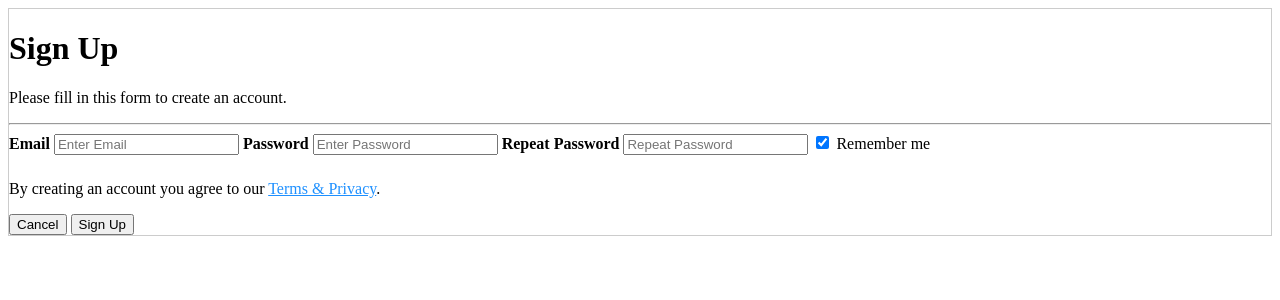
Repository: tansrh/CoreJava
Page: http://localhost/EcommerceWebApp/register
An editor plug-in stored every save of this project. The page is shown before and after the next save, followed by the edit.
The browser window is 1280 px wide. The pictures show the whole page.
The page is served by Tomcat 9. Other server files are loaded and not shown.

Above is the page before, as saved 2024-08-10 10:44:23.

### EcommerceWebApp/WebContent/WEB-INF/views/registerPage.jsp
<form action="register" method="post" style="border:1px solid #ccc">
  <div class="container">
    <h1>Sign Up</h1>
    <p>Please fill in this form to create an account.</p>
    <hr>

    <label for="email"><b>Email</b></label>
    <input type="text" placeholder="Enter Email" name="email" required>

    <label for="psw"><b>Password</b></label>
    <input type="password" placeholder="Enter Password" name="psw" required>

    <label for="psw-repeat"><b>Repeat Password</b></label>
    <input type="password" placeholder="Repeat Password" name="psw-repeat" required>

    <label>
      <input type="checkbox" checked="checked" name="remember" style="margin-bottom:15px"> Remember me
    </label>

    <p>By creating an account you agree to our <a href="#" style="color:dodgerblue">Terms & Privacy</a>.</p>

    <div class="clearfix">
      <button type="button" class="cancelbtn">Cancel</button>
      <button type="submit" class="signupbtn">Sign Up</button>
    </div>
  </div>
</form>

### EcommerceWebApp/src/com/wu/ecommerce/controllers/RegisterServlet.java
package com.wu.ecommerce.controllers;

import java.io.IOException;

import javax.servlet.RequestDispatcher;
import javax.servlet.ServletException;
import javax.servlet.annotation.WebServlet;
import javax.servlet.http.HttpServlet;
import javax.servlet.http.HttpServletRequest;
import javax.servlet.http.HttpServletResponse;

/**
 * Servlet implementation class RegisterServlet
 */
@WebServlet("/register")
public class RegisterServlet extends HttpServlet {
	private static final long serialVersionUID = 1L;

    /**
     * @see HttpServlet#HttpServlet()
     */
    public RegisterServlet() {
        super();
        // TODO Auto-generated constructor stub
    }

	/**
	 * @see HttpServlet#doGet(HttpServletRequest request, HttpServletResponse response)
	 */
	protected void doGet(HttpServletRequest request, HttpServletResponse response) throws ServletException, IOException {
		// TODO Auto-generated method stub
		//response.getWriter().append("Served at: ").append(request.getContextPath());
		RequestDispatcher dispatcher=request.getRequestDispatcher("/WEB-INF/views/registerPage.jsp");
	dispatcher.forward(request, response);
	}

	/**
	 * @see HttpServlet#doPost(HttpServletRequest request, HttpServletResponse response)
	 */
	protected void doPost(HttpServletRequest request, HttpServletResponse response) throws ServletException, IOException {
		// TODO Auto-generated method stub
	//	doGet(request, response);
		System.out.println("Hello from dopost");
	}

}

After the next save:
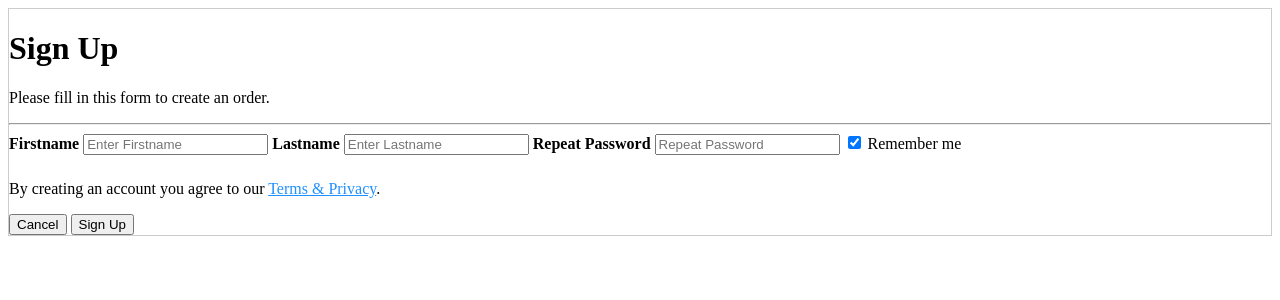
Saved 3 min 32 s later.
--- a/EcommerceWebApp/WebContent/WEB-INF/views/registerPage.jsp
+++ b/EcommerceWebApp/WebContent/WEB-INF/views/registerPage.jsp
@@ -1,14 +1,14 @@
 <form action="register" method="post" style="border:1px solid #ccc">
   <div class="container">
     <h1>Sign Up</h1>
-    <p>Please fill in this form to create an account.</p>
+    <p>Please fill in this form to create an order.</p>
     <hr>
 
-    <label for="email"><b>Email</b></label>
-    <input type="text" placeholder="Enter Email" name="email" required>
+    <label for="email"><b>Firstname</b></label>
+    <input type="text" placeholder="Enter Firstname" name="firstName" required>
 
-    <label for="psw"><b>Password</b></label>
-    <input type="password" placeholder="Enter Password" name="psw" required>
+    <label for="psw"><b>Lastname</b></label>
+    <input type="password" placeholder="Enter Lastname" name="lastName" required>
 
     <label for="psw-repeat"><b>Repeat Password</b></label>
     <input type="password" placeholder="Repeat Password" name="psw-repeat" required>
